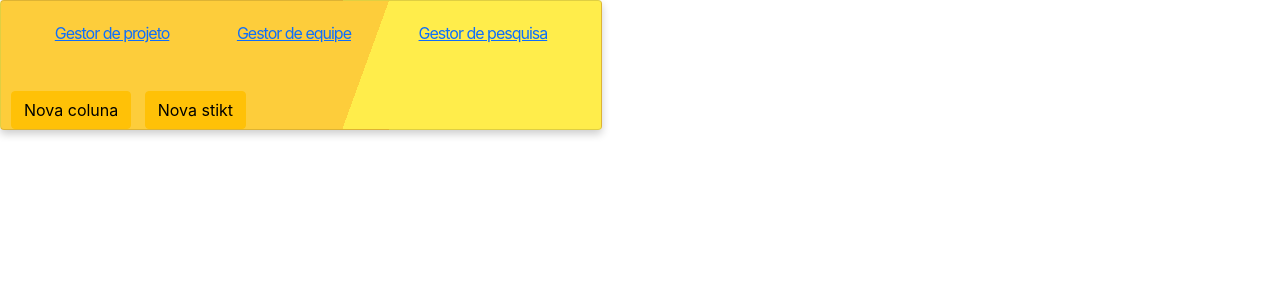
Repository: shadowruge/kanban
Page: index.html
The author's editor kept a copy of each file at every save. The page is drawn from the files as they stood at one save, then again after the next save.
The browser window is 1280 px wide. The pictures show the whole page.

Above is the page before, as saved 2021-06-12 20:03:16.

### index.html
<!DOCTYPE html>
<html lang="en">
  <head>
    <meta charset="UTF-8" />
    <meta http-equiv="X-UA-Compatible" content="IE=edge" />
    <meta name="viewport" content="width=device-width, initial-scale=1.0" />
    <script src="https://cdn.jsdelivr.net/npm/@popperjs/core@2.9.2/dist/umd/popper.min.js" integrity="sha384-IQsoLXl5PILFhosVNubq5LC7Qb9DXgDA9i+tQ8Zj3iwWAwPtgFTxbJ8NT4GN1R8p" crossorigin="anonymous"></script>
<script src="https://cdn.jsdelivr.net/npm/bootstrap@5.0.1/dist/js/bootstrap.min.js" integrity="sha384-Atwg2Pkwv9vp0ygtn1JAojH0nYbwNJLPhwyoVbhoPwBhjQPR5VtM2+xf0Uwh9KtT" crossorigin="anonymous"></script>

    <script src="https://cdn.jsdelivr.net/npm/bootstrap@5.0.1/dist/js/bootstrap.bundle.min.js" integrity="sha384-gtEjrD/SeCtmISkJkNUaaKMoLD0//ElJ19smozuHV6z3Iehds+3Ulb9Bn9Plx0x4" crossorigin="anonymous"></script>
    <link href="https://cdn.jsdelivr.net/npm/bootstrap@5.0.1/dist/css/bootstrap.min.css" rel="stylesheet" integrity="sha384-+0n0xVW2eSR5OomGNYDnhzAbDsOXxcvSN1TPprVMTNDbiYZCxYbOOl7+AMvyTG2x" crossorigin="anonymous">
    <link rel="stylesheet" href="style.css" />
    <script src="index.js"></script>
    <title id="Description">Shadow Kanban</title>
  </head>
  <body>
    <div class="card-holder">
  <div class="card bg-gold">
    <nav class="nav">
      <p><a href="#">Gestor de projeto</a></p>
      <p><a href="#">Gestor de equipe</a></p>
      <p><a href="#">Gestor de pesquisa</a></p>
    </nav>
    <!--botão-->

  <button type="button" class="btn btn-warning">Nova coluna</button>

  <button type="button" class="btn btn-warning">Nova stikt</button>
  <div class="Linha" style="width:600px;">
    <!-- RECEBE DIVS DINAMICAS -->
    </div>
  </div>

  </div>
  </body>
  <script>

  </script>
</html>

### style.css
* {
  margin: 0;
  padding: 0;
  border: 0;
}

header{
  background-color:white;
}

.body {
  font-size: 15px;
}


.card {
  font-family: -apple-system, BlinkMacSystemFont, 'Open Sans', sans-serif;
z
  border-radius: 0.25em;
  display: table-cell;
  vertical-align: center;
  letter-spacing: -1px;
  box-shadow: 0 4px 8px 0 rgba(0,0,0,0.2);
}

.bg-gold {
  background: -webkit-linear-gradient(110deg, #fdcd3b 60%, #ffed4b 60%);
  background: -o-linear-gradient(110deg, #fdcd3b 60%, #ffed4b 60%);
  background: -moz-linear-gradient(110deg, #fdcd3b 60%, #ffed4b 60%);
  background: linear-gradient(110deg, #fdcd3b 60%, #ffed4b 60%);
}


#kanban {

  width: 97%;
  color: white;
  text-align: center;
  display: flex;
  flex-wrap: wrap;
}

.nav {

  padding: 20px;
  display: flex;
  justify-content: space-around;
  flex-wrap: wrap;
}

.ideias,
.pesquisa,
.progresso,
.testes,
.pronto {
  margin-top: 5px;
  margin-left: auto;
}

.membros,
.membros-lideres {
  margin-left: 150px;
}

.d-flex {
  display: flex !important;
}

.flex-column {
  flex-direction: column !important;
}

.board {
  padding: 20px;
}

.board-column {
  margin-left: 20px;
}

.column-body {
  margin-top: 2em;
}

.card textarea {
  resize: none;
}

.sticker {
  width: 180px;
  height: 180px;
  }

  button {
  margin-top: 10px;
  margin-left: 10px;
  }

### index.js
function dragStartHandler(ev) {
  ev.dataTransfer.setData("application/my-app", ev.target.id);
  ev.dataTransfer.effectAllowed = "move";
}

function dragCardStart(e) {
  console.log(e);
}

function dragOvertHandler(ev) {
  ev.preventDefault();
  ev.dataTransfer.dropEffect = "move";
}

function dropHandler(ev) {
  ev.preventDefault();
  const data = ev.dataTransfer.getData("application/my-app");
  ev.target.appendChild(document.getElementById(data));
}

function handleInputKeys({ key }) {
  switch (key) {
    case "Enter":
      break;

    default:
      break;
  }
}

const onInputClick = (e) => {
  e.preventDefault();
  e.stopPropagation();
  e.target.disabled = false;
  e.target.focus();
};

const onInputLostFocus = (e) => {
  console.log(e);
  e.target.disabled = true;
};

function addNewCard(e) {
  //   console.log(e);
  //   console.log(column);
  //   console.log(body);
  //   console.log(body.children);
  //   console.log(body.children[0].getAttributeNames());
  const [, , , column] = e.path;
  const [, body] = column.children;
  const addButton = body.children[body.children.length - 1];
  const card = document.createElement("div");
  const input = document.createElement("textarea");
  input.cols = 30;
  input.rows = 10;
  input.disabled = true;
  card.appendChild(input);
  card.classList.add("card");
  card.draggable = "true";
  card.addEventListener("click", onInputClick);
  card.addEventListener("focusout", onInputLostFocus);
  card.addEventListener("dragstart", dragCardStart);
  body.removeChild(addButton);
  body.appendChild(card);
  body.appendChild(addButton);
}

After the next save:
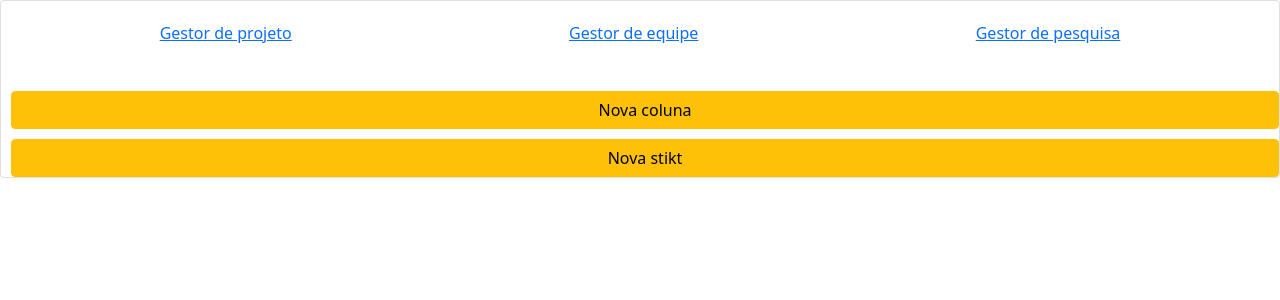
Saved 8 s later.
--- a/style.css
+++ b/style.css
@@ -13,22 +13,6 @@ header{
 }
 
 
-.card {
-  font-family: -apple-system, BlinkMacSystemFont, 'Open Sans', sans-serif;
-z
-  border-radius: 0.25em;
-  display: table-cell;
-  vertical-align: center;
-  letter-spacing: -1px;
-  box-shadow: 0 4px 8px 0 rgba(0,0,0,0.2);
-}
-
-.bg-gold {
-  background: -webkit-linear-gradient(110deg, #fdcd3b 60%, #ffed4b 60%);
-  background: -o-linear-gradient(110deg, #fdcd3b 60%, #ffed4b 60%);
-  background: -moz-linear-gradient(110deg, #fdcd3b 60%, #ffed4b 60%);
-  background: linear-gradient(110deg, #fdcd3b 60%, #ffed4b 60%);
-}
 
 
 #kanban {
